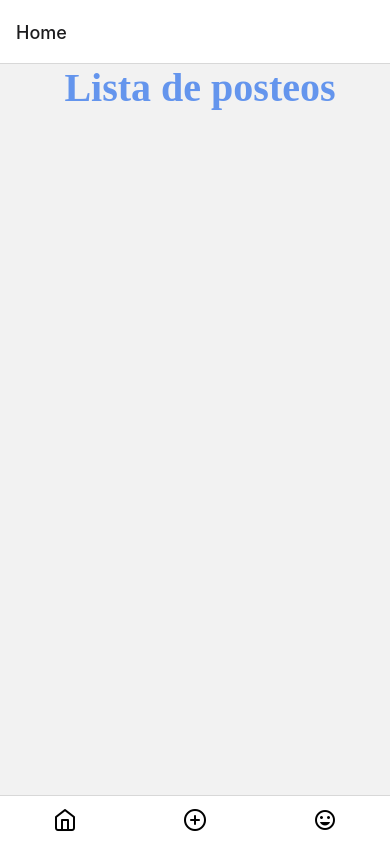
Repository: larafernandezo/finalprog3
Screen: /Menu
An editor plug-in stored every save of this project. The screen is shown before and after the next save, followed by the edit.
The page's requests for data from a server got no answer. The app was drawn by React Native's web renderer in a window 390 px wide. The project was rebuilt for these pictures with package versions that can differ from the ones it lists, and the page was loaded fresh each time. No one was signed in, and anything a server would have sent is missing. Also part of the build but not shown: src/components/Camera.js, src/screens/Registro.js, src/components/Post.js, src/screens/MiPerfil.js, src/screens/NuevoPost.js, src/screens/Perfil.js.

Above is the screen before, as saved 2022-11-22 11:16:54.

### App.js
import { StyleSheet, View } from 'react-native';
import { NavigationContainer } from '@react-navigation/native';
import { createNativeStackNavigator } from '@react-navigation/native-stack';
import Registro from './src/screens/Registro';
import Login from './src/screens/Login';
import Home from './src/screens/Home';
import Menu from './src/components/Menu';
import Perfil from './src/screens/Perfil';


const Stack = createNativeStackNavigator();


function App() {
  return (
    <NavigationContainer>
      <Stack.Navigator>
        <Stack.Screen name='Login' component={Login} options= {{ headerShown : false}}/>
        <Stack.Screen name='Registro' component={Registro} options= {{ headerShown : false}}/>
        <Stack.Screen name='Home' component={Home} options= {{ headerShown : false}}/>
        <Stack.Screen name='Menu' component={Menu} options= {{ headerShown : false}}/>
      </Stack.Navigator>
    </NavigationContainer>
  );
};

export default App;

### src/screens/Login.js
import React, {Component} from 'react';
import {auth} from '../firebase/config';
import {View, Text, StyleSheet, TextInput, TouchableOpacity, Image} from 'react-native';

class Login extends Component {
    constructor(){
        super()
        this.state = {
            email: "",
            contraseña: "",
            error: ""
        }
    }

    componentDidMount(){
        auth.onAuthStateChanged(usuario => {
            if (usuario){
                this.props.navigation.navigate ("Menu")
            }
        })
    }

    iniciarUsuario(email, contraseña){
        auth.signInWithEmailAndPassword(email, contraseña)
            .then( res => {
                this.props.navigation.navigate("Menu")
            })
            .catch(error =>
                this.setState({
                error: error.message
            })
            )
    }

    render(){
        return(
            <View style={styles.fondo}>

            <Text style={styles.error}>{this.state.error}</Text>


                <Text style={styles.titulo}>Iniciar Sesión</Text>

                <View style={styles.caja}>
                <Text style={styles.error}>{this.state.error}</Text>
                    <TextInput
                        placeholder= 'Cuenta de Email'
                        keyboardType= 'email-address'
                        onChangeText={ texto => this.setState({email : texto})}
                        value = {this.state.email}
                        style={styles.fillin}
                    />
                    <TextInput
                        placeholder= 'Contraseña'
                        keyboardType= 'default'
                        secureTextEntry = {true}
                        onChangeText={ texto => this.setState({contraseña : texto})}
                        value = {this.state.contraseña}
                        style={styles.fillin}
                    />


{
                this.state.email =="" || this.state.contraseña =="" ?
                    <TouchableOpacity>
                        <Text style={styles.alerta}>Ingresar</Text>
                    </TouchableOpacity>
                :
                    <TouchableOpacity onPress={ () => this.iniciarUsuario (this.state.email, this.state.contraseña)} >
                        <Text style={styles.cont}>Ingresar</Text>
                    </TouchableOpacity>

}

                    <Text onPress={ () => this.props.navigation.navigate ('Registro')} style={styles.switch}>¿No tenés cuenta? Registrate haciendo click aquí</Text>
                </View>
            </View>
        )
    }
}

const styles = StyleSheet.create({
    fondo: {
        alignItems: 'center',
        backgroundColor: 'rgb(234, 242, 248)',
    },
    titulo: {
        color: 'rgb(52, 152, 219)',
        fontFamily: 'avenir',
        fontSize: 26,
        margin: 60,
    },
    caja:{
        backgroundColor: 'rgb(215, 219, 221)',
        borderRadius: 6,
        padding: 20,

    },
    fillin: {
        backgroundColor: 'rgb(253, 254, 254)',
        color: 'rgb(179, 182, 183)',
        fontFamily: 'avenir',
        fontSize: 13,
        margin: 10,
        borderRadius: 6,
        textAlign: 'center',
        padding: 5,
        textAlign: 'left',
    },
    cont: {
        fontFamily: 'avenir',
        fontSize: 14,
        margin: 10,
        backgroundColor: 'rgb(234,252,255)',
        borderRadius: 10,
        textAlign: 'center',
        padding: 5,
    },
    alerta: {
        fontFamily: 'avenir',
        fontSize: 14,
        margin: 10,
        backgroundColor: 'rgb(52, 152, 219)',
        borderRadius: 10,
        textAlign: 'center',
        padding: 5,
        color: 'rgb(234,252,255)',
    },
    switch: {
        fontFamily: 'avenir',
        fontSize: 10,
        margin: 4,
        textAlign: 'center',
        color:'rgb(77, 86, 86)',
    },
    error: {
        fontFamily: 'avenir',
        fontSize: 19,
        margin: 20,
        color: 'rgb(203, 67, 53)'
    },
})



export default Login;

### src/screens/Home.js
import React, { Component } from 'react';
import { View, Text, FlatList,  StyleSheet, TextInput} from 'react-native';
import Post from '../components/Post';
import { db } from '../firebase/config'


class Posts extends Component {

    constructor(props) {
        super(props)
        this.state = {
            posteos: [],
        }
    }

    componentDidMount() {
        db.collection('posts').onSnapshot(
            docs => {
                let posts = [];
                docs.forEach(doc => {
                    posts.push({
                        id: doc.id,
                        data: doc.data()
                    })
                })
                this.setState({
                    posteos: posts,
                })
            })
    }

    render() {
        return (
          //prueba1 descomento para ver si funca
            <View style={styles.view}>
            <Text style={styles.title}> Lista de posteos</Text>
            <FlatList
                    data={this.state.posteos}
                    keyExtractor={ item => item.id.toString()}
                    renderItem={ ({item}) => <Post postData={item} navigation={this.props.navigation} id={item.id}/>}
            />
            </View>
        )
    }
}
const styles = StyleSheet.create({

   title:{
        fontSize: 40,
        fontWeight:'bold',
        textAlign:'center',
        fontFamily: 'raleway heavy',
        color: 'rgb(100, 149, 237)'

    },
    view:{
        flex:1
    }
})

export default Posts;

### src/components/Menu.js
import { createBottomTabNavigator} from '@react-navigation/bottom-tabs';
import MiPerfil from '../screens/MiPerfil';
import NuevoPost from "../screens/NuevoPost"
import Home from '../screens/Home';
import { AntDesign, Ionicons } from '@expo/vector-icons';
import React, { Component } from 'react';
import { MaterialIcons } from '@expo/vector-icons';
import { Feather } from '@expo/vector-icons';

const Tab = createBottomTabNavigator();

function Menu () {
    return(
        <Tab.Navigator screenOptions = {{ tabBarShowLabel: false}}>
                <Tab.Screen name = "Home" component={ Home } options ={ { tabBarIcon: () => <Feather name="home" size={24} color="black" /> } }  />
            <Tab.Screen name = "Postear" component={ NuevoPost }  options ={{ tabBarIcon: () => <Feather name="plus-circle" size={24} color="black" /> }}/>
            <Tab.Screen name = "Perfil" component={ MiPerfil } options={{ tabBarIcon: () => <MaterialIcons name="tag-faces" size={24} color="black" /> }}/>
        </Tab.Navigator>
    );
};

export default Menu;

### src/firebase/config.js
import app from 'firebase/app';
import firebase from 'firebase';

const firebaseConfig = {
    apiKey: "AIzaSyDPgkPZuV5RhBSI7u_oFMlRH3es895rxlU",
    authDomain: "finalprog3-bb705.firebaseapp.com",
    projectId: "finalprog3-bb705",
    storageBucket: "finalprog3-bb705.appspot.com",
    messagingSenderId: "894733539643",
    appId: "1:894733539643:web:6ef31fb78c2644aa783f1e"
  };

app.initializeApp(firebaseConfig);

export const auth = firebase.auth();
export const storage = app.storage();
export const db = app.firestore();

After the next save:
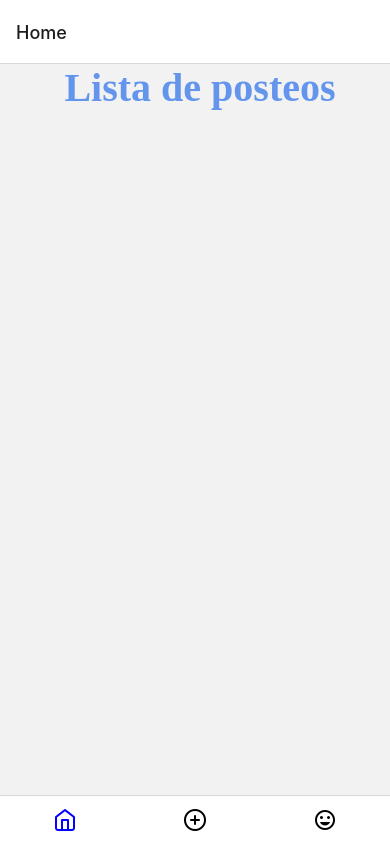
Saved 41 s later.
--- a/src/components/Menu.js
+++ b/src/components/Menu.js
@@ -12,7 +12,7 @@ const Tab = createBottomTabNavigator();
 function Menu () {
     return(
         <Tab.Navigator screenOptions = {{ tabBarShowLabel: false}}>
-                <Tab.Screen name = "Home" component={ Home } options ={ { tabBarIcon: () => <Feather name="home" size={24} color="black" /> } }  />
+                <Tab.Screen name = "Home" component={ Home } options ={ { tabBarIcon: () => <Feather name="home" size={24} color="blue" /> } }  />
             <Tab.Screen name = "Postear" component={ NuevoPost }  options ={{ tabBarIcon: () => <Feather name="plus-circle" size={24} color="black" /> }}/>
             <Tab.Screen name = "Perfil" component={ MiPerfil } options={{ tabBarIcon: () => <MaterialIcons name="tag-faces" size={24} color="black" /> }}/>
         </Tab.Navigator>
